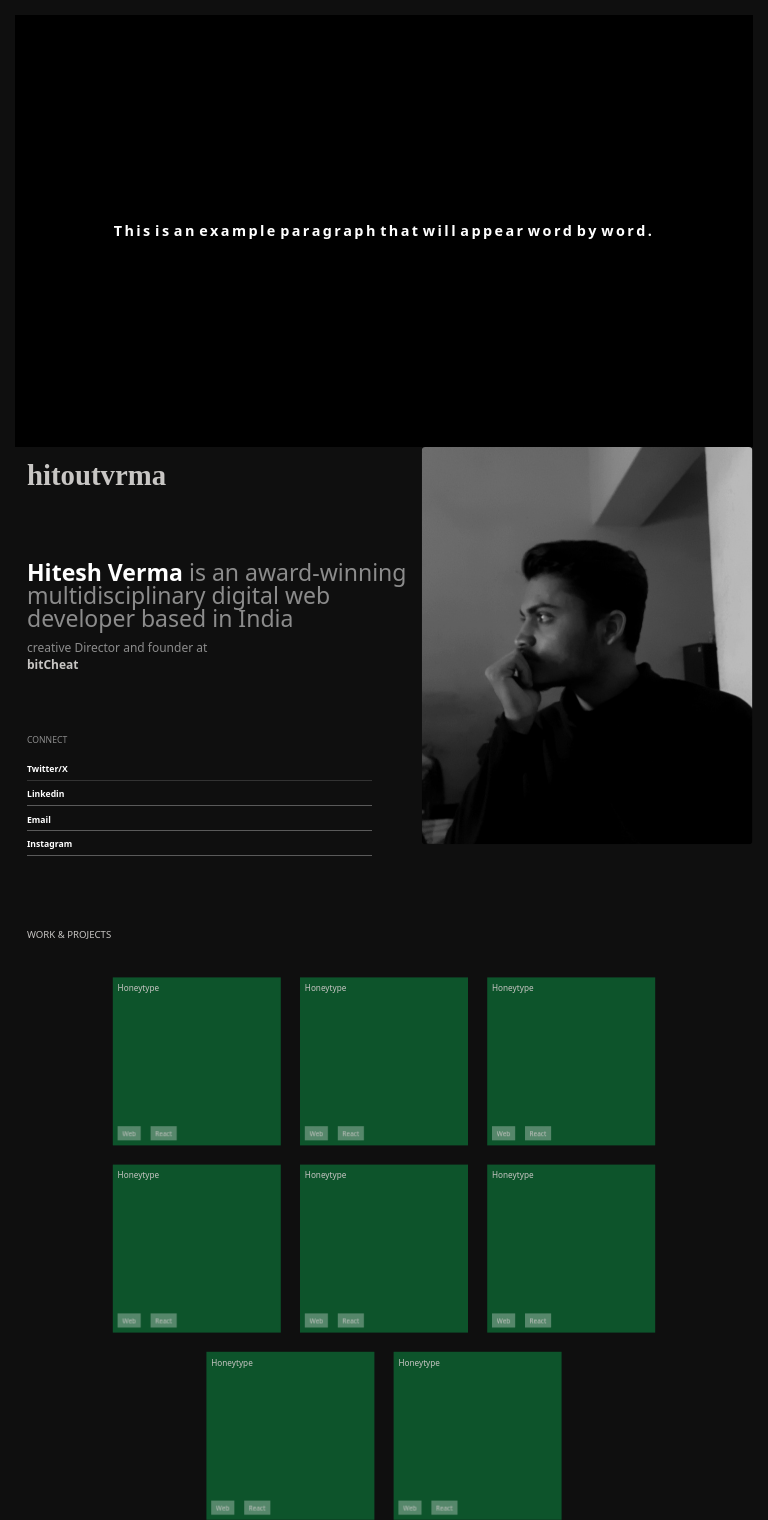
Repository: hitoutvrma/portfolio
Page: /
An editor plug-in stored every save of this project. The page is shown before and after the next save, followed by the edit.
The browser window is 1280 px wide. The pictures show the whole page, at 60% of full size.
The project was rebuilt for these pictures with package versions that can differ from the ones it lists, and the page was loaded fresh each time. Also part of the build but not shown: vite.config.js.

Above is the page before, as saved 2025-03-08 11:06:38.

### src/index.css
@import "tailwindcss";
body{
    background-color: #0f0f0f;
    color: #c8c6c4;
    padding: 25px;
}

### src/App.jsx
import React from 'react'
import Front from './Components/Front'
import Work from './Components/Work'
import AnimatedParagraph from './Components/AnimatedParagraph'

function App() {
  return (
    <div className=''>
      <AnimatedParagraph/>
      <Front/>
      <Work/>
    </div>
  )
}

export default App

### src/Components/Front.jsx
import React from 'react'
import {animate, hover, motion} from 'framer-motion'
import AnimatedParagraph from './AnimatedParagraph'
function Front() {
  return (
    <div className='sm:h-screen md:h-screen'>
    <div className="sm:flex">
      <div className='hero sm:p-5 sm:text-[3vw] text-[8vw]  sm:w-[53vw]'>
      <logo className='text-4xl sm:text-5xl font-semibold font-[serif]'>hitoutvrma</logo>
        <p className='mt-28 leading-none text-[#8c8c8c]'><span className='text-white font-semibold'>Hitesh Verma</span> is an award-winning multidisciplinary digital web developer based in India</p>

        <div className='text-xl pt-4'>
          <p className='text-[#8c8c8c]'>creative Director and founder at </p>
          <p className='font-semibold'>bitCheat</p>
          {/* <AnimatedParagraph/> */}
        </div>
        <motion.div initial={{opacity:0.1, scaleY:0.5}} animate={{opacity:1, scaleY:1}} transition={{duration:1}} className=' flex sm:text-[2vh] sm:pb-0 pb-12 text-[1.8vh]  sm:pt-25 pt-28 flex-col sm:gap-3 gap-1'>
          <p className='text-[#8c8c8c] pb-4 text-[1.6vh]  sm:text-[2vh]'>CONNECT</p>
          <motion.div
        className="relative w-[90%]  font-bold text-white text-md cursor-pointer"
        initial="initial"
        whileHover="hover"
      >
        <p className='pb-2'>Twitter/X</p>

        {/* Static Gray Line */}
        <div className="absolute left-0 bottom-0 w-full    h-[0.1vh] bg-[#4c4c4c]"></div>

        {/* Animated Green Line */}
        <motion.div
          className="absolute left-0 bottom-0 h-[2px] bg-green-400"
          variants={{
            initial: { width: "0%" },
            hover: { width: "100%" },
            exit: {width: "0%"}
          }}
          transition={{hover: { duration: 2, ease: "easeInOut" },
          exit: { duration: 0.01 } }}
        />
      </motion.div>

      <motion.div
        className="relative w-[90%]  font-bold text-white text-md cursor-pointer"
        initial="initial"
        whileHover="hover"
      >
        <p className='pb-2'>Linkedin</p>

        {/* Static Gray Line */}
        <div className="absolute left-0 bottom-0 w-full    h-[0.1vh] bg-[#8c8c8c]"></div>

        {/* Animated Green Line */}
        <motion.div
          className="absolute left-0 bottom-0 h-[2px] bg-green-400"
          variants={{
            initial: { width: "0%" },
            hover: { width: "100%" },
            exit: {width: "0%"}
          }}
          transition={{hover: { duration: 2, ease: "easeInOut" },
          exit: { duration: 0.01 } }}
        />
      </motion.div>

      <motion.div
        className="relative w-[90%]  font-bold text-white text-md cursor-pointer"
        initial="initial"
        whileHover="hover"
      >
        <p className='pb-2'>Email</p>

        {/* Static Gray Line */}
        <div className="absolute left-0 bottom-0 w-full    h-[0.1vh] bg-[#8c8c8c]"></div>

        {/* Animated Green Line */}
        <motion.div
          className="absolute left-0 bottom-0 h-[2px] bg-green-400"
          variants={{
            initial: { width: "0%" },
            hover: { width: "100%" },
            exit: {width: "0%"}
          }}
          transition={{hover: { duration: 2, ease: "easeInOut" },
          exit: { duration: 0.01 } }}
        />
      </motion.div>

      <motion.div
        className="relative w-[90%]  font-bold text-white text-md cursor-pointer"
        initial="initial"
        whileHover="hover"
      >
        <p className='pb-2'>Instagram</p>

        {/* Static Gray Line */}
        <div className="absolute left-0 bottom-0 w-full    h-[0.1vh] bg-[#8c8c8c]"></div>

        {/* Animated Green Line */}
        <motion.div
          className="absolute left-0 bottom-0 h-[2px] bg-green-400"
          variants={{
            initial: { width: "0%" },
            hover: { width: "100%" },
            exit: {width: "0%"}
          }}
          transition={{hover: { duration: 2, ease: "easeInOut" },
          exit: { duration: 0.01 } }}
        />
      </motion.div>
        </motion.div>
        </div>
        <motion.div initial={{scale:0.6}} transition={{duration:1.5, delay:1}} animate={{scale:1}} style={{ backgroundImage: "url('/user.jpg')" }} className='bg-cover sm:bg-[center_top_60%] bg-[center_top_80%] w-[95%] h-[50vh] sm:w-[43vw] sm:h-[92vh]  bg-[#3a3a3a] rounded-md'>
        </motion.div>
      </div>
        </div>
  )
}

export default Front

### src/Components/Work.jsx
import React from 'react'
import Card from './Card'

function Work() {
  return (
    <div className='h-screen sm:p-5 '>
      <div className='pt-15  pb-15'><p>WORK & PROJECTS</p></div>
      <div className='flex flex-wrap items-center justify-center gap-8'>
        <Card/>
        <Card/>
        <Card/>
        <Card/>
        <Card/>
        <Card/>
        <Card/>
        <Card/>
      </div>
    </div>
  )
}

export default Work

### src/Components/AnimatedParagraph.jsx
import { motion } from "framer-motion";

export default function AnimatedParagraph() {
  const text = "This is an example paragraph that will appear word by word.";
  const words = text.split("");

  return (
    <div className="flex justify-center items-center h-screen bg-black text-white">
      <motion.p
        className="text-2xl font-semibold"
        initial="hidden"
        animate="visible"
        variants={{
          hidden: {},
          visible: {
            transition: { staggerChildren: 0.05 } // Delays each word appearing
          }
        }}
      >
        {words.map((word, index) => (
          <motion.span
            key={index}
            className="mr-1 inline-block" // Fixing inline-block placement
            variants={{
              hidden: { opacity: 0, y: 20 }, // Moves from below
              visible: { opacity: 1, y: 0 }
            }}
            transition={{ duration: 0.5 }}
          >
            {word}
          </motion.span>
        ))}
      </motion.p>
    </div>
  );
}

### src/Components/Card.jsx
function Card() {
  return (
    <div className="bg-green-900 relative h-90 sm:h-70 sm:w-70 w-90 card">
            <h1 className='p-2 text-[1.9vh]'>Honeytype</h1>
            <footer className='bottom-0  absolute'>
                <button className='m-2 px-2 py-1 backdrop-blur-xl bg-white/30   text-[1.5vh] '>Web</button>
                <button className='m-2 px-2 py-1 backdrop-blur-xl bg-white/30  text-[1.5vh] '>React</button>
                </footer>
        </div>
  )
}

export default Card

Loaded but not shown: index.html (common file); src/main.jsx (common file)

After the next save:
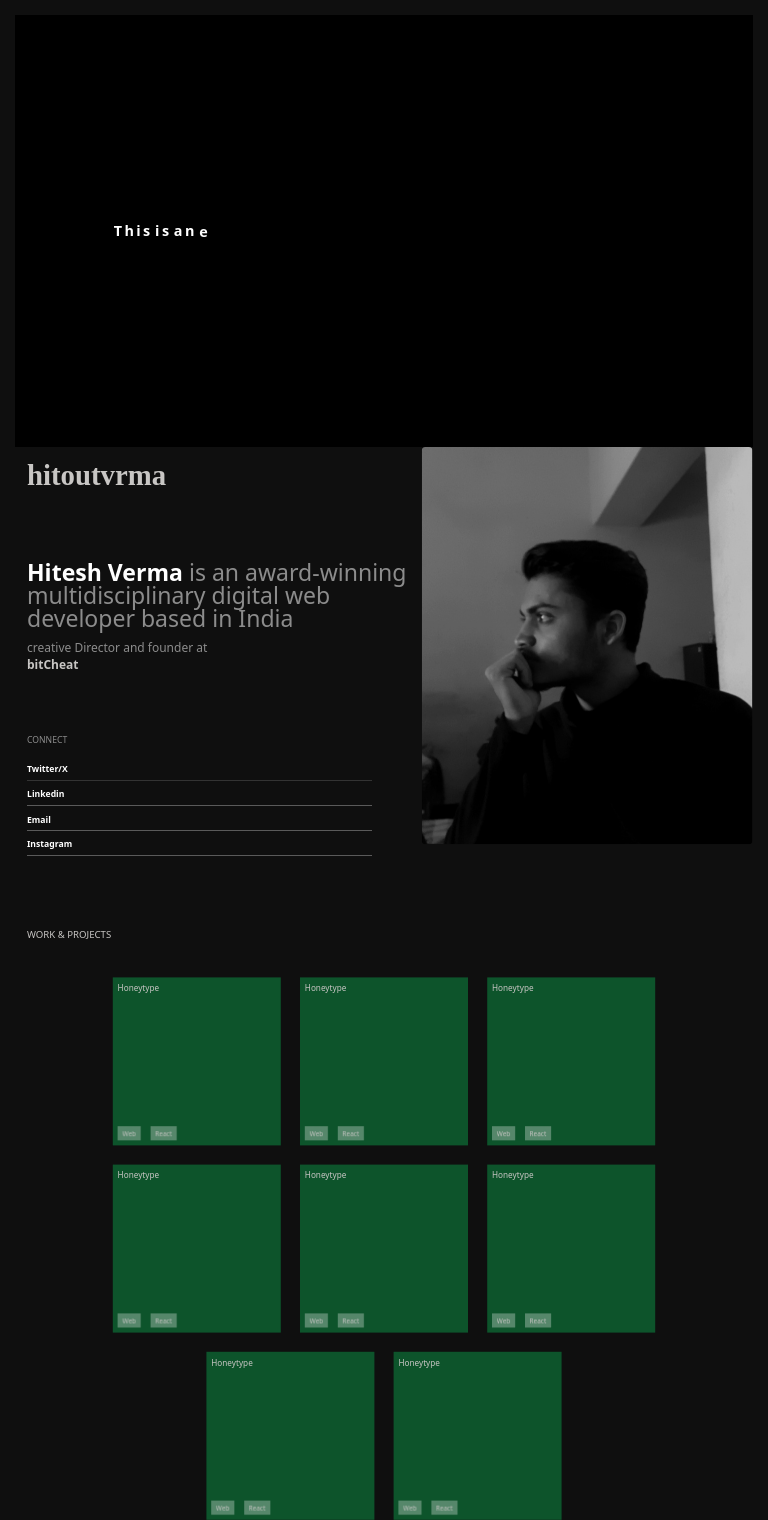
Saved 11 s later.
--- a/src/Components/AnimatedParagraph.jsx
+++ b/src/Components/AnimatedParagraph.jsx
@@ -13,7 +13,7 @@
         variants={{
           hidden: {},
           visible: {
-            transition: { staggerChildren: 0.05 } // Delays each word appearing
+            transition: { staggerChildren: 0.5 } // Delays each word appearing
           }
         }}
       >

After the 2 saves that followed:
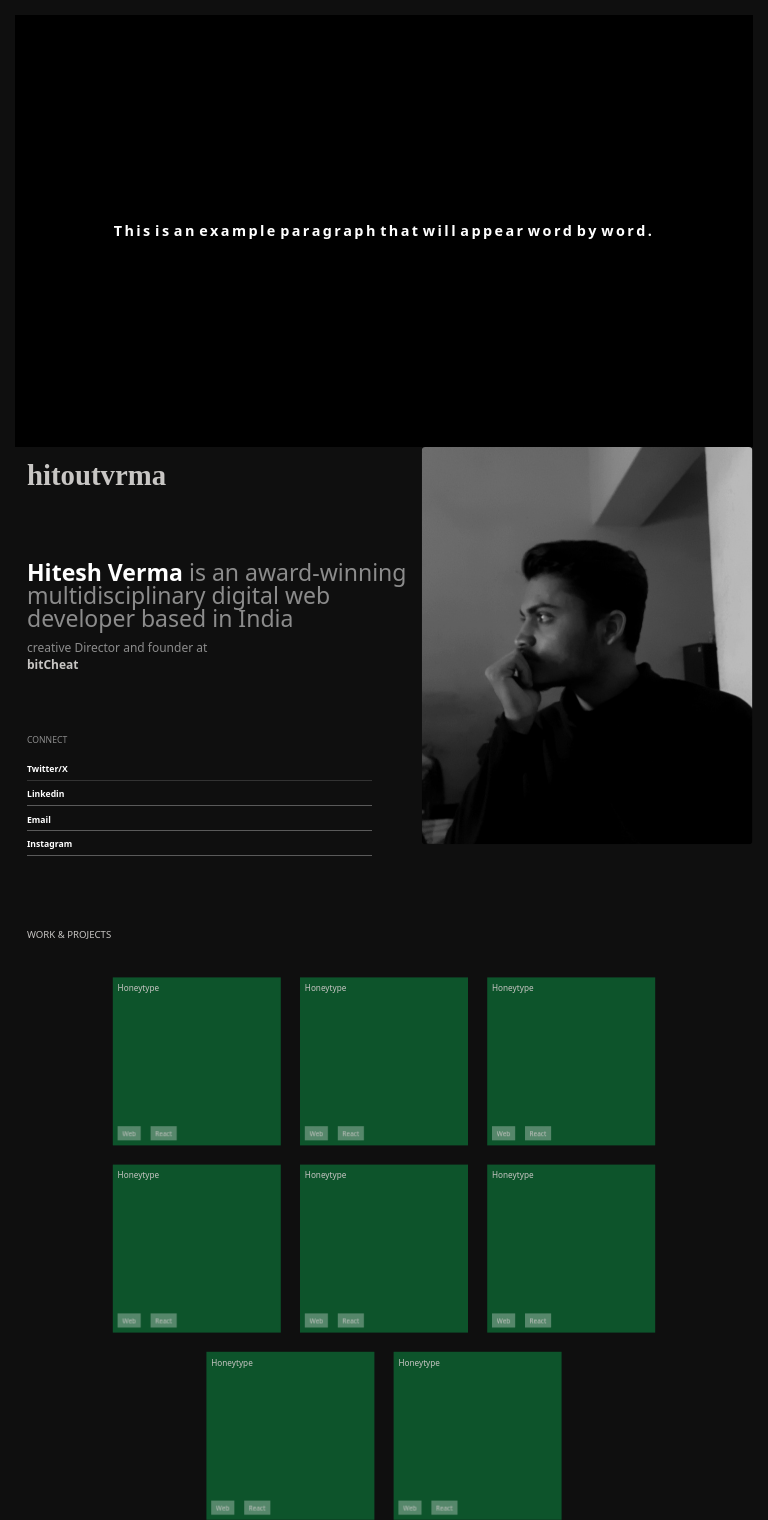
The 2 saves are shown as one change because they came seconds apart.
The last was saved 7 s later.
--- a/src/Components/AnimatedParagraph.jsx
+++ b/src/Components/AnimatedParagraph.jsx
@@ -13,7 +13,7 @@
         variants={{
           hidden: {},
           visible: {
-            transition: { staggerChildren: 0.5 } // Delays each word appearing
+            transition: { staggerChildren: 0.01 } // Delays each word appearing
           }
         }}
       >
